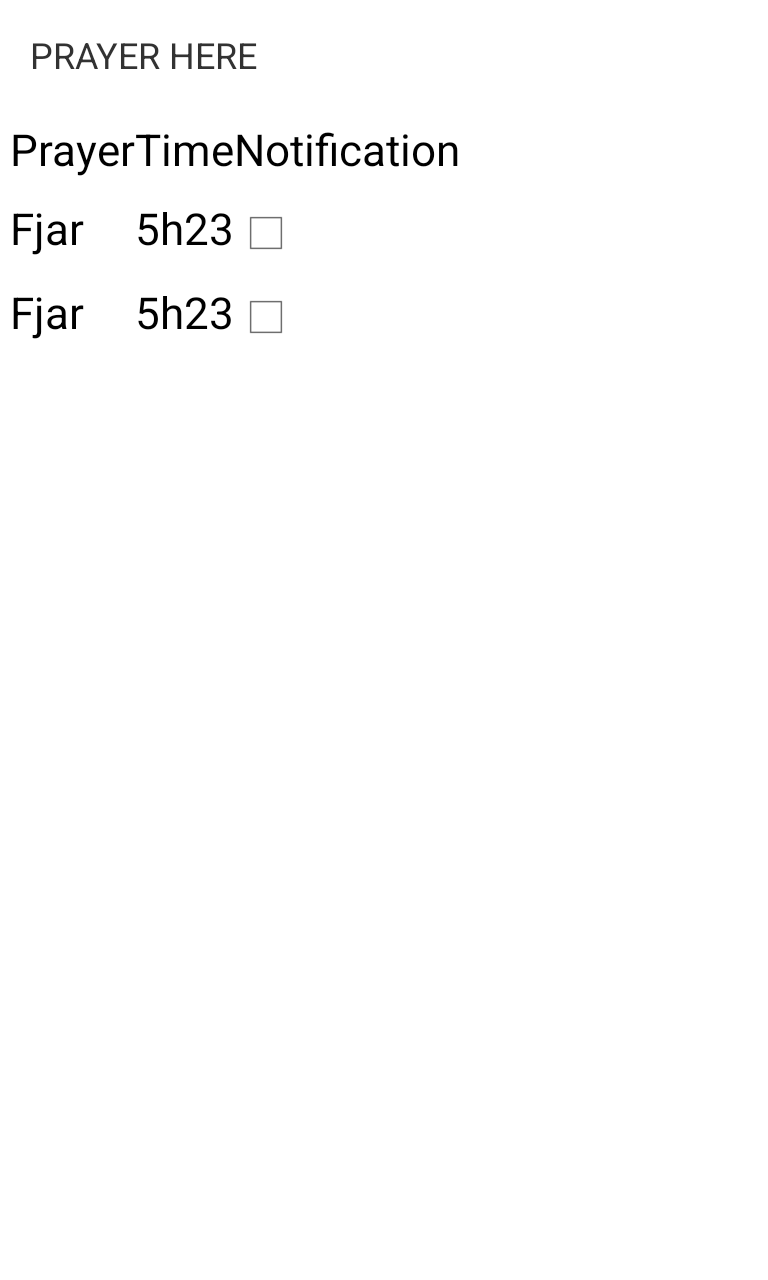
Repository: Osamah/Afstudeerwerk
Layout: NativeApp/SecondPillar/res/layout/activity_prayer.xml
These files come from the project's save history. The layout is drawn as it stood at one moment and after the next save; the edit follows.
It is drawn on a 768 x 1280 px phone screen (xhdpi) without system bars, with theme AppTheme; the app's code is not run.

Above is the layout before, as saved 2012-12-27 22:53:56.

### NativeApp/SecondPillar/res/layout/activity_prayer.xml
<?xml version="1.0" encoding="utf-8"?>
<LinearLayout
  xmlns:android="http://schemas.android.com/apk/res/android"
  android:orientation="vertical"
  android:layout_width="match_parent"
  android:layout_height="match_parent">

  <!-- Screen Design -->
  <TextView android:text="PRAYER HERE"
            android:padding="15dip"
            android:textSize="18dip"
            android:layout_width="fill_parent"
            android:layout_height="wrap_content"/>



  <TableLayout xmlns:android="http://schemas.android.com/apk/res/android"
    android:id="@+id/tblPrayer"
    android:layout_width="fill_parent"
    android:layout_height="fill_parent" >

  <!-- HEADER -->
 	<TableRow
        android:id="@+id/header"
        android:layout_width="wrap_content"
        android:layout_height="wrap_content"
        android:padding="5dip" >

        <TextView
            android:id="@+id/prayer1"
            android:text="Prayer"
            android:textAppearance="?android:attr/textAppearanceLarge" />

        <TextView
            android:id="@+id/prayerTime1"
            android:text="Time"
            android:textAppearance="?android:attr/textAppearanceLarge" />

     	<TextView
            android:id="@+id/prayerTime1"
            android:text="Notification"
            android:textAppearance="?android:attr/textAppearanceLarge" />

  	</TableRow>

 	<!-- PRAYER 1 -->
    <TableRow
        android:id="@+id/fjarRow"
        android:layout_width="wrap_content"
        android:layout_height="wrap_content"
        android:padding="5dip" >

        <TextView
            android:id="@+id/prayer1"
            android:text="Fjar"
            android:textAppearance="?android:attr/textAppearanceLarge" />

        <TextView
            android:id="@+id/prayerTime1"
            android:text="5h23"
            android:textAppearance="?android:attr/textAppearanceLarge" />

        <CheckBox
            android:id="@+id/prayerNotification1"
        />
  	</TableRow>

    <!-- PRAYER 2 -->
    <TableRow
        android:id="@+id/tableRow1"
        android:layout_width="wrap_content"
        android:layout_height="wrap_content"
        android:padding="5dip" >

        <TextView
            android:id="@+id/prayer1"
            android:text="Fjar"
            android:textAppearance="?android:attr/textAppearanceLarge" />

        <TextView
            android:id="@+id/prayerTime1"
            android:text="5h23"
            android:textAppearance="?android:attr/textAppearanceLarge" />

        <CheckBox
            android:id="@+id/prayerNotification1"
        />
  	</TableRow>
    </TableLayout>


</LinearLayout>

Loaded but not shown: NativeApp/SecondPillar/res/values/styles.xml (common file); NativeApp/SecondPillar/res/values-v11/styles.xml (common file); NativeApp/SecondPillar/res/values-v14/styles.xml (common file)

After the next save:
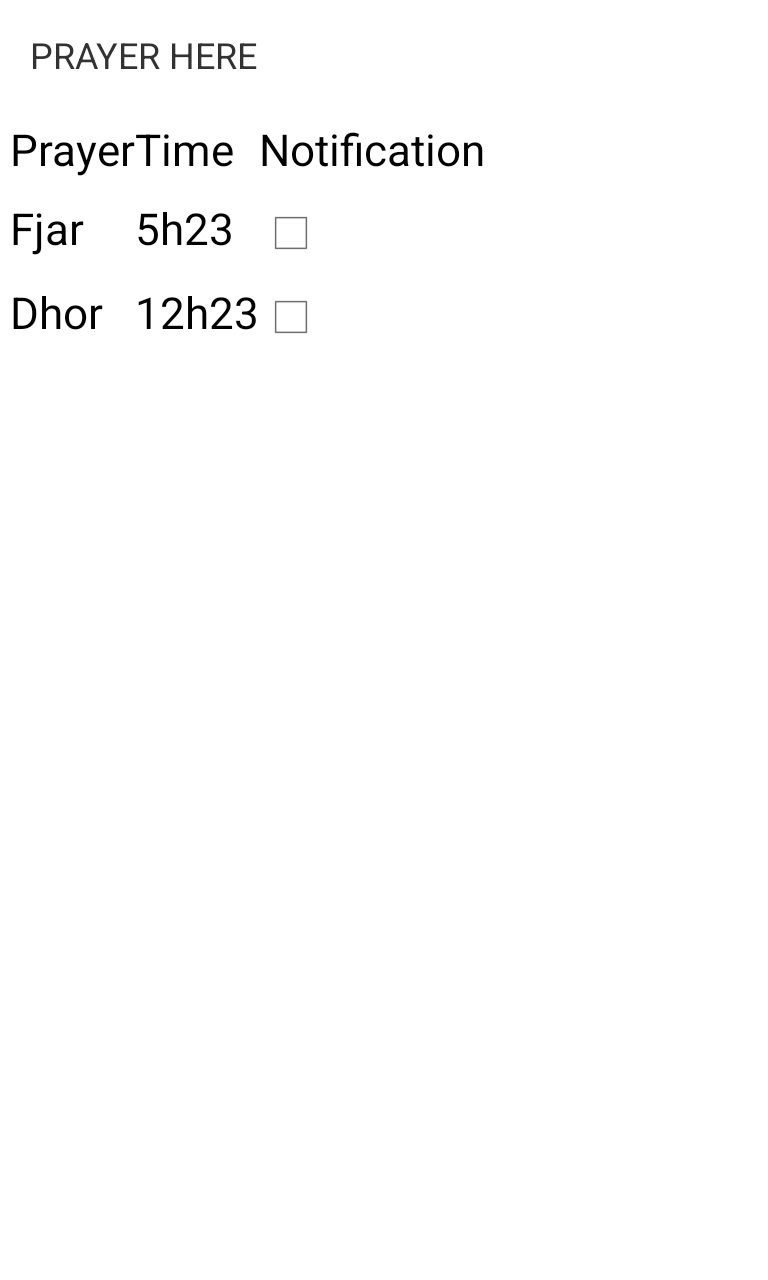
Saved 31 s later.
--- a/NativeApp/SecondPillar/res/layout/activity_prayer.xml
+++ b/NativeApp/SecondPillar/res/layout/activity_prayer.xml
@@ -67,19 +67,19 @@
 
     <!-- PRAYER 2 -->
     <TableRow
-        android:id="@+id/tableRow1"
+        android:id="@+id/dhorRow"
         android:layout_width="wrap_content"
         android:layout_height="wrap_content"
         android:padding="5dip" >
 
         <TextView
-            android:id="@+id/prayer1"
-            android:text="Fjar"
+            android:id="@+id/prayer2"
+            android:text="Dhor"
             android:textAppearance="?android:attr/textAppearanceLarge" />
 
         <TextView
-            android:id="@+id/prayerTime1"
-            android:text="5h23"
+            android:id="@+id/prayerTime2"
+            android:text="12h23"
             android:textAppearance="?android:attr/textAppearanceLarge" />
 
         <CheckBox
